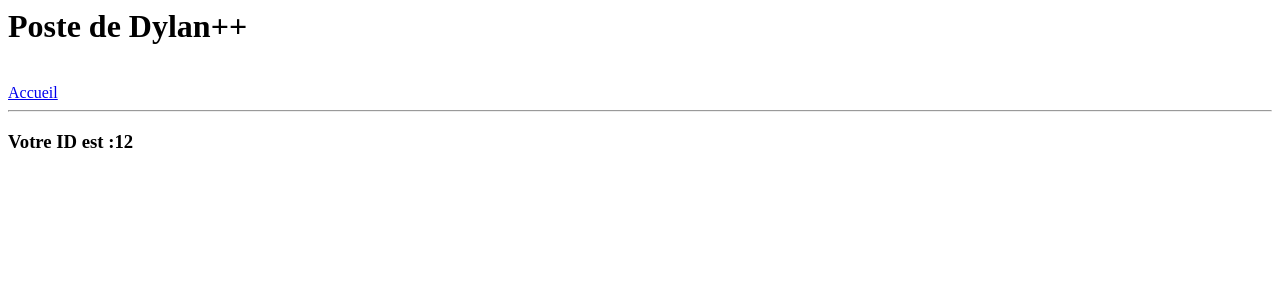
Repository: DylanCahu/cookie
Page: http://localhost/Cookies/connect.php
The author's editor kept a copy of each file at every save. The page is drawn from the files as they stood at one save, then again after the next save.
The browser window is 1280 px wide. The pictures show the whole page.
The page is run by PHP 8.4 with error messages shown; the project is at /var/www/html/.

Above is the page before, as saved 2021-12-13 09:05:09.

### connect.php
<html>
    <head>
        <title>Index Cookies</title>
        <meta charset="utf-8">

    </head>

    <body>
        <h1>Poste de Dylan++</h1>
</br>
<a href="/Cookies/index.html">Accueil</a>
        <hr>
<?php
//Permet le croisement des cookies
session_set_cookie_params(['samesite' => 'None']);
session_start();



//génération cookie
$numClient = rand(0, 20);
$_SESSION['numClient']=$numClient;
echo ("<h3>Votre ID est :" . $_SESSION['numClient'] . "</h2>");
//setcookie("numClient", $numClient, time() + 3600);
// echo ("<h3>Votre ID est :" . $numClient . "</h2>");
?>

</body>
</html>

After the next save:
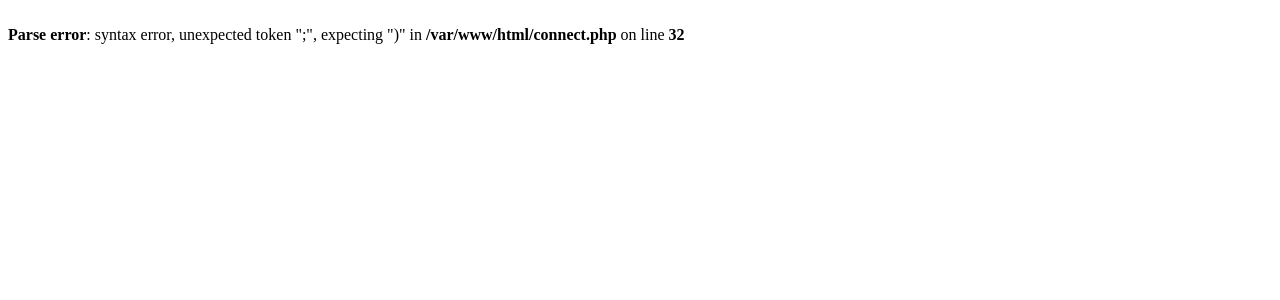
Saved 4 min 18 s later.
--- a/connect.php
+++ b/connect.php
@@ -22,6 +22,14 @@ $numClient = rand(0, 20);
 $_SESSION['numClient']=$numClient;
 echo ("<h3>Votre ID est :" . $_SESSION['numClient'] . "</h2>");
 //setcookie("numClient", $numClient, time() + 3600);
+setcookie('numClient', $numClient, array(
+    'expires' => time() + 60*60*24*30,
+    'path' => '/',
+    'domain' => '.mon-site.fr', // le point au début permet la compatibilité avec les sous-domaines
+    'secure' => true,
+    'httponly' => false,
+    'samesite' => 'None'
+  ););
 // echo ("<h3>Votre ID est :" . $numClient . "</h2>");
 ?>
 
